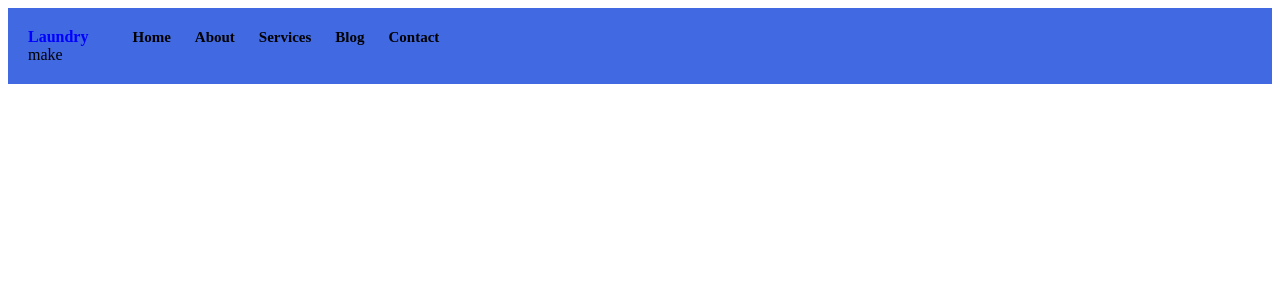
Repository: Tobby004/BDC-Assignment-4
Page: index.html
These files come from the project's save history. The page is drawn as it stood at one moment and after the next save; the edit follows.
The browser window is 1280 px wide. The pictures show the whole page.

Above is the page before, as saved 2023-03-08 04:18:06.

After the next save:
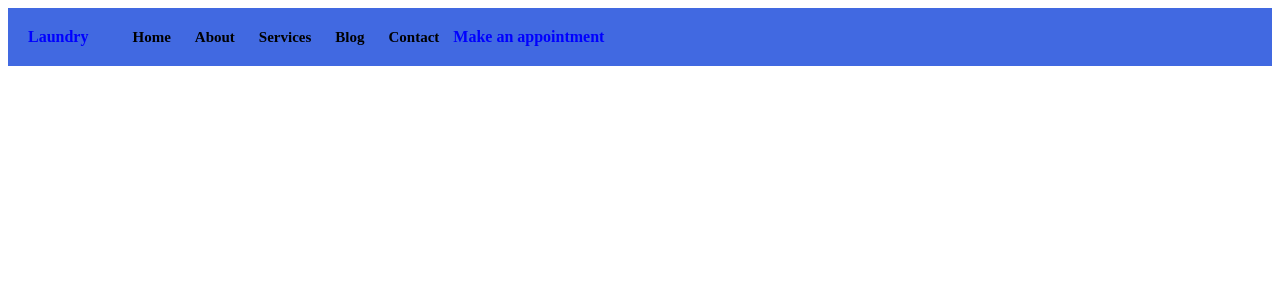
Saved 53 s later.
--- a/index.html
+++ b/index.html
@@ -16,7 +16,7 @@
         <li><a href="#">Services</a></li>
         <li><a href="#">Blog</a></li>
         <li><a href="#">Contact</a></li>
-        <header id="text">make</header>
+       <li><b>Make an appointment</b></li>
     </ul>
     </div>
 </body>
